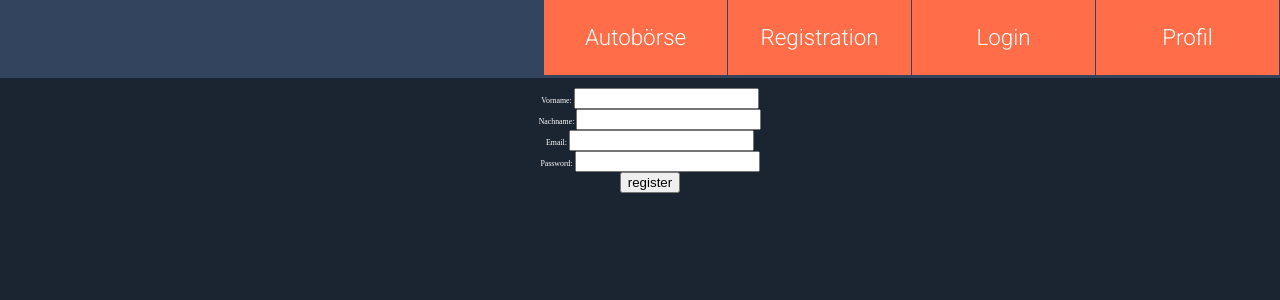
Repository: Turkelten/CarAdminstration
Page: http://localhost/Autobörse/registration.html
An editor plug-in stored every save of this project. The page is shown before and after the next save, followed by the edit.
The browser window is 1280 px wide. The pictures show the whole page.
The page is served by Tomcat 9. Other server files are loaded and not shown.

Above is the page before, as saved 2020-07-18 18:27:45.

### Autobörse/WebContent/registration.html
<!DOCTYPE html>
<html>
<head>
	<meta name="viewport" content="width=device-width, initial-scale=1.0" charset="ISO-8859-1">
	<title>Autobörse</title>
	<link href="https://fonts.googleapis.com/css2?family=Roboto+Slab:wght@300&family=Roboto:wght@300&display=swap" rel="stylesheet">
	<link href="style.css" rel="stylesheet">
</head>
<body>
	<header>
		<nav id="normal">
			<ul>
			  	<li ><a href="index.html">Autobörse</a></li>
			  	<li ><a class="active" href="registration.html">Registration</a></li>
			  	<li ><a class="active" onclick="document.getElementById('id01').style.display='block'">Login</a></li>
			  	<li ><a class="active" href="userprofil.html">Profil</a>
			  		<ul>
			  			<li ><a onclick="document.getElementById('profildaten').style.display='block'">Daten</a></li>
				  		<li ><a onclick="">Inserat erstellen</a></li>
				  		<li ><a class="active" href="LogoutServlet">Logout</a></li>
			 		</ul>
			  	</li>
			</ul>
		</nav>

		<nav id="mobile">
			<div id="menu">Menü</div>
			<ul>
			  	<li ><a href="index.html">Autobörse</a></li>
			  	<li ><a class="active" href="registration.html">Registration</a></li>
			  	<li ><a class="active" onclick="document.getElementById('id01').style.display='block'">Login</a></li>
			  	<li ><a class="active" href="userprofil.html">Profil</a>
			  		<ul>
			  			<li ><a onclick="document.getElementById('profildaten').style.display='block'">Daten</a></li>
				  		<li ><a onclick="">Inserat erstellen</a></li>
				  		<li ><a class="active" href="LogoutServlet">Logout</a></li>
			 		</ul>
			  	</li>
			</ul>
		</nav>
	</header>

	<div class="page">
		<div class="registration">
			<div class="login">
				<form method="post" action="register">
					 	<a>Vorname:</a>		<input class="inputregister" type="text" name="firstname" /><br/>
				    	<a>Nachname:</a>	<input class="inputregister" type="text" name="lastname" 	/><br/>
						<a>Email:</a>		<input class="inputregister" type="text" name="email" 	/><br/>
				       	<a>Password:</a>	<input class="inputregister" type="password" name="pass" 	/><br/>
				       <input type="submit" value="register" />
			   	</form>
		   	</div>
	   	</div>
   	</div>
</body>
</html>

### Autobörse/WebContent/style.css
body,
html {
  background: #1b2431;
  margin: 0;
  padding: 0;
  font-size: 100%;
  color: white;
}

@media screen and (max-width: 600px) {
  body,
  html {
    font-size: 48%;
  }
}

@media screen and (min-width: 600px) {
  body,
  html {
    font-size: 53%;
  }
}

@media screen and (min-width: 800px) {
  body,
  html {
    font-size: 57%;
  }
}

@media screen and (min-width: 1200px) {
  body,
  html {
    font-size: 70%;
  }
}

header {
  background: #33455e;
  position: fixed;
  top: 0;
  width: 100%;
  text-align: right;
  transition: 200ms all;
  height: 7rem;
}

header nav#normal {
  color: #c8354e;
  display: inline-block;
}

@media screen and (max-width: 800px) {
  header nav#normal {
    display: none;
  }
}

header nav#normal ul {
  margin: 0;
  padding: 0;
  transition: all 300ms;
  display: inline-block;
}

header nav#normal ul li {
  margin: 0;
  padding: 0;
  float: left;
  list-style: none;
  position: relative;
  transition: all 300ms;
}

header nav#normal ul li a {
  display: inline-block;
  padding: 2.17rem;
  float: left;
  min-width: 12rem;
  text-align: center;
  font-size: 2rem;
  color: #fff;
  margin: 0 1px 0 0;
  text-decoration: none;
  background: #ff6e48;
  font-weight: 300;
  transition: all 300ms;
  font-family: "Roboto", sans-serif;
}

header nav#normal ul li:hover > a {
  background: #d85d3c;
}

header nav#normal ul li ul {
  overflow: hidden;
  position: absolute;
  top: 100%;
  left: 0;
  width: 100%;
  transition: 300ms all;
  max-height: 0;
}

header nav#normal ul li ul li {
  border-bottom: 1px solid #8c1e31;
}

header nav#normal ul li:hover > ul {
  max-height: 700px;
}

header nav#mobile {
  color: #c8354e;
  display: none;
}

@media screen and (max-width: 800px) {
  header nav#mobile {
    display: block;
  }
}

header nav #menu {
  padding: 2.17rem 5% 2.17rem 5%;
  float: left;
  width: 90%;
  text-align: center;
  font-size: 2rem;
  color: #fff;
  cursor: pointer;
  font-weight: 300;
  transition: all 500ms;
  font-family: "Roboto", sans-serif;
}

header nav#mobile ul {
  width: 100%;
  margin: 0;
  padding: 0;
  max-height: 0;
  transition: all 500ms;
  overflow: hidden;
  float: left;
}

header nav#mobile:hover > ul {
  max-height: 800px;
}

header nav#mobile ul li {
  margin: 0;
  padding: 0;
  float: left;
  width: 100%;
  list-style: none;
  position: relative;
  transition: all 500ms;
}

header nav#mobile ul li a {
  display: inline-block;
  padding: 2.17rem 5% 2.17rem 5%;
  float: left;
  min-width: 12rem;
  width: 90%;
  text-align: center;
  font-size: 2rem;
  color: #fff;
  text-decoration: none;
  background: #c8354e;
  font-weight: 300;
  transition: all 500ms;
  font-family: "Roboto", sans-serif;
}

header nav#mobile ul li:hover > a {
  background: #8c1e31;
}

header nav#mobile ul li ul {
  width: 100%;
  transition: all 500ms;
  max-height: 0;
  overflow: hidden;
  float: left;
}

header nav#mobile ul li ul li {
  display: block;
  float: left;
  background: #8c1e31;
  transition: all 500ms;
}

header nav#mobile ul li ul li a {
  background: #8c1e31;
}

header nav#mobile ul li:hover > ul {
  max-height: 500px;
}

.page {
  	position:fixed;
    padding:0;
    margin:0;

    top:7rem;
    left:0;

    width: 100%;
    height: 100%;
}

.registration {
	text-align: center;
	margin-bottom: auto;
	padding: 10px;
	width: 100%;
    height: 100%;
}

.registration label {
	font-size: 2rem;
}

.grid-container {
  display: grid;
  grid-template-rows: 80px 200px;
}

After the next save:
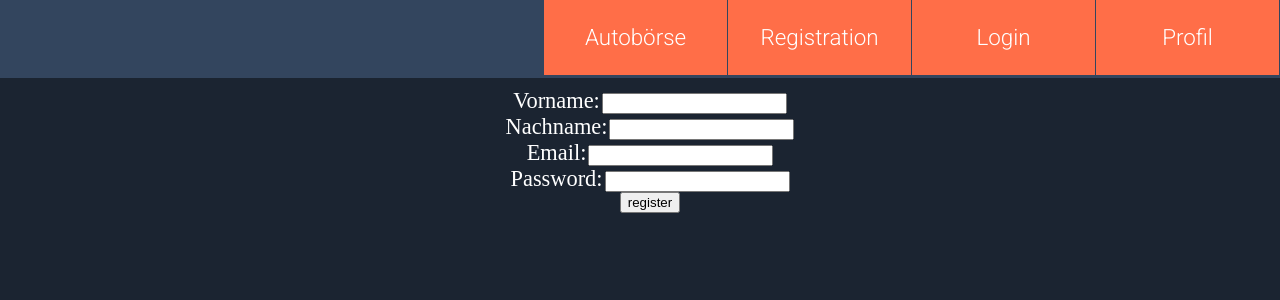
Saved 45 s later.
--- a/Autobörse/WebContent/style.css
+++ b/Autobörse/WebContent/style.css
@@ -221,7 +221,7 @@ header nav#mobile ul li:hover > ul {
     height: 100%;
 }
 
-.registration label {
+.registration a {
 	font-size: 2rem;
 }
 
